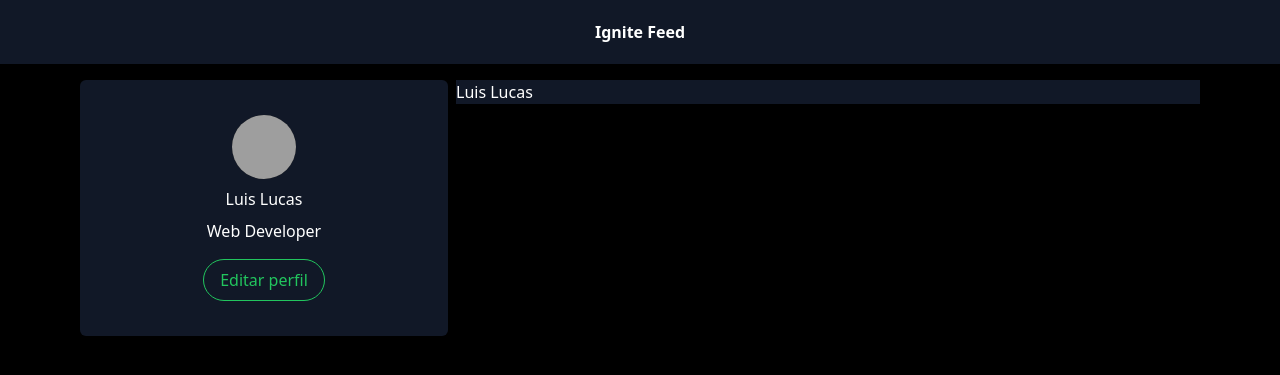
Repository: LuisSempre/ignite-feed
Page: /
The author's editor kept a copy of each file at every save. The page is drawn from the files as they stood at one save, then again after a run of saves.
The browser window is 1280 px wide. The pictures show the whole page.
Pictures or frames that could not be fetched are drawn as grey boxes. The project was rebuilt for these pictures with package versions that can differ from the ones it lists, and the page was loaded fresh each time. Also part of the build but not shown: vite.config.js.

Above is the page before, as saved 2022-07-13 21:41:06.

### src/App.jsx
import { Header } from "./Components/Header"
import { Sidebar } from "./Components/Sidebar"
function App() {
  return (
    <div>
      <Header />
      <div className="max-w-6xl mx-auto p-4 grid grid-cols-3 gap-2 items-start">
        <Sidebar />
        <div className="bg-gray-900 col-span-2">
          Luis Lucas
        </div>
      </div>
    </div>
  );
}

export default App;

### src/index.css
@tailwind base;
@tailwind components;
@tailwind utilities;

* {
    @apply bg-black text-white;
}

h1, span, a {
    @apply bg-gray-900
}

### src/Components/Header.jsx
export function Header() {
  return (
    <div className="flex max-w-7xl items-center justify-center h-16 bg-gray-900">
      <h1 className="font-bold bg-gray-900">Ignite Feed</h1>
    </div>
  )
}

### src/Components/Sidebar.jsx
export function Sidebar() {
  return (
    <div className="rounded-md bg-gray-900 justify-center items-center flex flex-col text-center  h-64 space-y-2">
      <img
        className="w-16 h-16 rounded-full overflow-hidden object-cover"
        src="https://avatars.githubusercontent.com/u/32404639?v=4"
        alt=""
      />
      <h1>Luis Lucas</h1>
      <span>Web Developer</span>
      <span className="border-separate border-gray-100"></span>
        <a href="" className="border border-green-500 px-4 py-2 rounded-full text-green-500">
            Editar perfil
        </a>
    </div>
  );
}

Loaded but not shown: index.html (common file); src/main.jsx (common file); tailwind.config.js (common file)

After the next 2 saves:
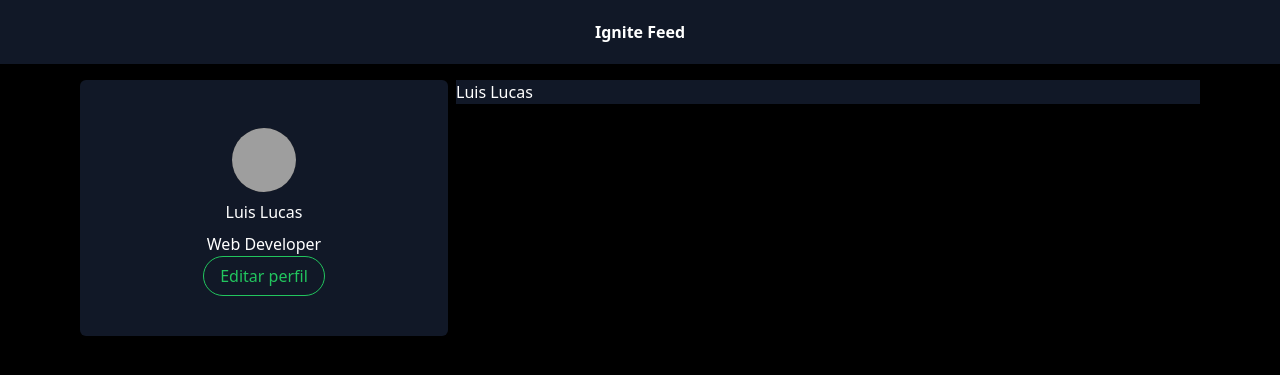
The 2 saves are shown as one change because they came seconds apart.
The last was saved 24 s later.
--- a/src/Components/Sidebar.jsx
+++ b/src/Components/Sidebar.jsx
@@ -8,10 +8,11 @@ export function Sidebar() {
       />
       <h1>Luis Lucas</h1>
       <span>Web Developer</span>
-      <span className="border-separate border-gray-100"></span>
+      <span className="border-separate border-gray-100">
         <a href="" className="border border-green-500 px-4 py-2 rounded-full text-green-500">
             Editar perfil
         </a>
+      </span>
     </div>
   );
 }
